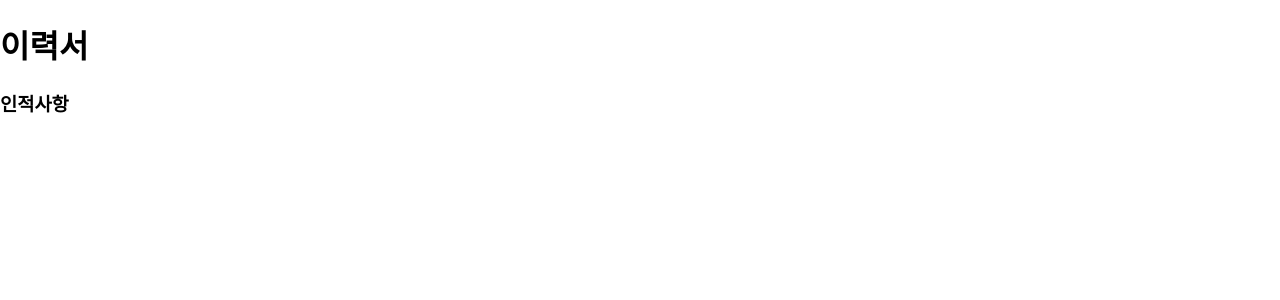
Repository: jiyeonyun/etc
Page: / (app in job/)
These files come from the project's save history. The page is drawn as it stood at one moment and after the next save; the edit follows.
The browser window is 1280 px wide. The pictures show the whole page.
The project was rebuilt for these pictures with package versions that can differ from the ones it lists, and the page was loaded fresh each time. Also part of the build but not shown: job/src/components/info/info.module.css.

Above is the page before, as saved 2022-05-18 09:46:32.

After the next save:
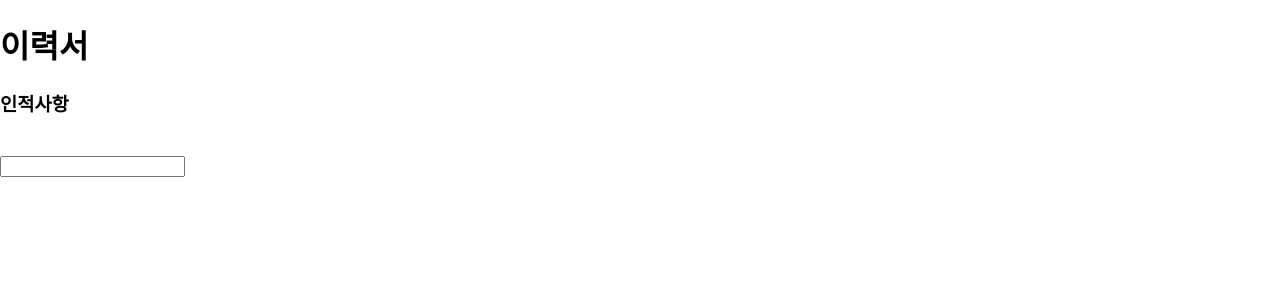
Saved 5 s later.
--- a/job/src/components/info/info.jsx
+++ b/job/src/components/info/info.jsx
@@ -8,7 +8,9 @@ const Info = (props) => {
         <div className={styles.imageWrap}>
           <img src="" alt="" className={styles.infoImage} />
         </div>
-        <div className={styles.desWrap}></div>
+        <div className={styles.desWrap}>
+          <input type="text" />
+        </div>
       </div>
     </div>
   );
